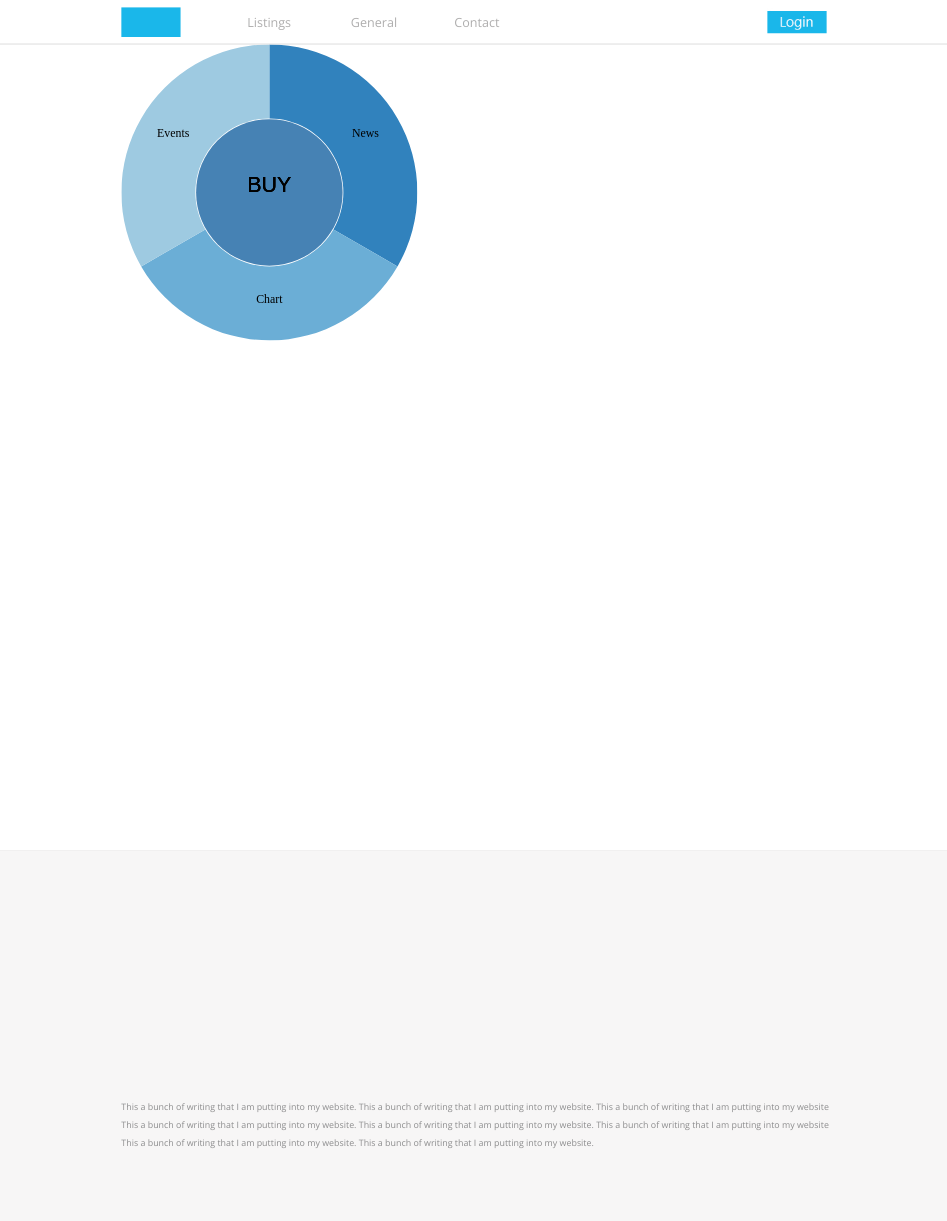
Repository: BlueSurfRhino/mean-stock
Page: views/walmart.html
The author's editor kept a record of every edit. The page is drawn from the files as they stood at one moment, then again after the next edit.
The browser window is 1280 px wide. The pictures show the whole page, at 74% of full size.
Some web fonts or font styles are not loaded; a fallback is used. Some web libraries are served in a nearby version.

Above is the page before.

### views/walmart.html
<!doctype html>
<html>
<head>
<link rel="stylesheet" type="text/css" href="css/stylewalmart.css">
<link rel="stylesheet" type="text/css" href="css/dc.css">
<link href='http://fonts.googleapis.com/css?family=Open+Sans' rel='stylesheet' type='text/css'>
<link href='http://fonts.googleapis.com/css?family=PT+Sans+Caption' rel='stylesheet' type='text/css'>
<title>Arch Investing</title>
</head>
<body>
<div class="linefoot">
</div>
<div class="linefooter">
</div>
<div class="line">
</div>
<div id="wrapper">
<div class="boxhead">
<div class="images">
  <a href="#">
    <img src="/img/login.jpg" alt="Clickable" />
  </a>
</div>
	<h2>
		<a href="index.html" style="margin-left:170px; float: left; width: 90px; margin-top: -42px; z-index: 1;"><span id="otherPage">Listings</span></a>
	</h2>
	<h2>
		<a href="myLink" style="margin-left: 310px; float: left; width: 60px; margin-top: -42px; z-index: 1;"><span id="otherPage1">General</span></a>
	</h2>
	<h2>
		<a href="myLink" style="margin-left: 450px; float: left; width: 60px; margin-top: -42px; z-index: 1;"><span id="otherPage2">Contact</span></a>
	</h2>
	<a href="index.html">
	<img src="/img/logo.png" alt="Mountain View" style=" float: left; margin-left: 0px; margin-top: -50px; z-index: 1;" alt="Clickable" />
	 </a>
</div>

</div>

<div id="wrapper">

<!--
Put What you want to add into this space. If you want me to position it please email me and i will. You can just add it in for now.

COMMENTING OUT WALMART HTML

<div class="walmarthomepage">
  <a href="https://www.google.com/finance?q=NYSE%3AWMT&ei=W5NOVOCMG4SnqQHKrIGYAw">
    <img src="/img/walmarthomepage.jpg" alt="Clickable" />
  </a>
</div>
<div class=texting>
<p>Own what you love.</p>
</div>
<input type="button" value="CLICK ME" onclick= "foobar()"/>
<div class=texting2>
<p>Buy the stock that you like!</p>
</div>-->
<div class="line4">
</div>
<div id="navring">
        <script src="https://ajax.googleapis.com/ajax/libs/jquery/1.11.0/jquery.min.js"></script>
        <script src="/js/d3.js"></script>
        <script src="/js/dc.js"></script>
        <script src="/js/dcring.js"></script>
        <script src="/js/jquery.min.js"></script>
</div>

<div id="foobartext"></div>
<div class="bottomtext">
<p>
This a bunch of writing that I am putting into my website. This a bunch of writing that I am putting into my website. This a bunch of writing that I am putting into my website<br />This a bunch of writing that I am putting into my website. This a bunch of writing that I am putting into my website. This a bunch of writing that I am putting into my website <br /> This a bunch of writing that I am putting into my website. This a bunch of writing that I am putting into my website.
</p>
</div>
</div>
<div id="divId1" class="hideDivs">Div 1</div>
<div id="divId2" class="hideDivs">Div 2</div>
<div id="divId3" class="hideDivs">Div 3</div>
</body>

</html>

### client/css/dc.css
div.dc-chart {
    float: left;
}

.dc-chart rect.bar {
    stroke: none;
    cursor: pointer;
}

.dc-chart rect.bar:hover {
    fill-opacity: .5;
}

.dc-chart rect.stack1 {
    stroke: none;
    fill: red;
}

.dc-chart rect.stack2 {
    stroke: none;
    fill: green;
}

.dc-chart rect.deselected {
    stroke: none;
    fill: #ccc;
}

.dc-chart .empty-chart .pie-slice path {
    fill: #FFEEEE;
    cursor: default;
}

.dc-chart .empty-chart .pie-slice {
    cursor: default;
}

.dc-chart .pie-slice {
    fill: white;
    font-size: 12px;
    cursor: pointer;
}

.dc-chart .pie-slice.external{
    fill: black;
}

.dc-chart .pie-slice :hover {
    fill-opacity: .8;
}

.dc-chart .pie-slice.highlight {
    fill-opacity: .8;
}

.dc-chart .selected path {
    stroke-width: 3;
    stroke: #ccc;
    fill-opacity: 1;
}

.dc-chart .deselected path {
    stroke: none;
    fill-opacity: .5;
    fill: #ccc;
}

.dc-chart .axis path, .axis line {
    fill: none;
    stroke: #000;
    shape-rendering: crispEdges;
}

.dc-chart .axis text {
    font: 10px sans-serif;
}

.dc-chart .grid-line {
    fill: none;
    stroke: #ccc;
    opacity: .5;
    shape-rendering: crispEdges;
}

.dc-chart .grid-line line {
    fill: none;
    stroke: #ccc;
    opacity: .5;
    shape-rendering: crispEdges;
}

.dc-chart .brush rect.background {
    z-index: -999;
}

.dc-chart .brush rect.extent {
    fill: steelblue;
    fill-opacity: .125;
}

.dc-chart .brush .resize path {
    fill: #eee;
    stroke: #666;
}

.dc-chart path.line {
    fill: none;
    stroke-width: 1.5px;
}

.dc-chart circle.dot {
    stroke: none;
}

.dc-chart g.dc-tooltip path {
    fill: none;
    stroke: grey;
    stroke-opacity: .8;
}

.dc-chart path.area {
    fill-opacity: .3;
    stroke: none;
}

.dc-chart .node {
    font-size: 0.7em;
    cursor: pointer;
}

.dc-chart .node :hover {
    fill-opacity: .8;
}

.dc-chart .selected circle {
    stroke-width: 3;
    stroke: #ccc;
    fill-opacity: 1;
}

.dc-chart .deselected circle {
    stroke: none;
    fill-opacity: .5;
    fill: #ccc;
}

.dc-chart .bubble {
    stroke: none;
    fill-opacity: 0.6;
}

.dc-data-count {
    float: right;
    margin-top: 15px;
    margin-right: 15px;
}

.dc-data-count .filter-count {
    color: #3182bd;
    font-weight: bold;
}

.dc-data-count .total-count {
    color: #3182bd;
    font-weight: bold;
}

.dc-data-table {
}

.dc-chart g.state {
    cursor: pointer;
}

.dc-chart g.state :hover {
    fill-opacity: .8;
}

.dc-chart g.state path {
    stroke: white;
}

.dc-chart g.selected path {
}

.dc-chart g.deselected path {
    fill: grey;
}

.dc-chart g.selected text {
}

.dc-chart g.deselected text {
    display: none;
}

.dc-chart g.county path {
    stroke: white;
    fill: none;
}

.dc-chart g.debug rect {
    fill: blue;
    fill-opacity: .2;
}

.dc-chart g.row rect {
    fill-opacity: 0.8;
    cursor: pointer;
}

.dc-chart g.row rect:hover {
    fill-opacity: 0.6;
}

.dc-chart g.row text {
    fill: white;
    font-size: 12px;
    cursor: pointer;
}

.dc-legend {
    font-size: 11px;
}

.dc-legend-item {
    cursor: pointer;
}

.dc-chart g.axis text {
    /* Makes it so the user can't accidentally click and select text that is meant as a label only */
    -webkit-user-select: none; /* Chrome/Safari */
    -moz-user-select: none; /* Firefox */
    -ms-user-select: none; /* IE10 */
    -o-user-select: none;
    user-select: none;
    pointer-events: none;
}

.dc-chart path.highlight {
    stroke-width: 3;
    fill-opacity: 1;
    stroke-opacity: 1;
}

.dc-chart .highlight {
    fill-opacity: 1;
    stroke-opacity: 1;
}

.dc-chart .fadeout {
    fill-opacity: 0.2;
    stroke-opacity: 0.2;
}

.dc-chart path.dc-symbol, g.dc-legend-item.fadeout {
    fill-opacity: 0.5;
    stroke-opacity: 0.5;
}

.dc-hard .number-display {
    float: none;
}

.dc-chart .box text {
    font: 10px sans-serif;
    -webkit-user-select: none; /* Chrome/Safari */
    -moz-user-select: none; /* Firefox */
    -ms-user-select: none; /* IE10 */
    -o-user-select: none;
    user-select: none;
    pointer-events: none;
}

.dc-chart .box line,
.dc-chart .box circle {
    fill: #fff;
    stroke: #000;
    stroke-width: 1.5px;
}

.dc-chart .box rect {
    stroke: #000;
    stroke-width: 1.5px;
}

.dc-chart .box .center {
    stroke-dasharray: 3,3;
}

.dc-chart .box .outlier {
    fill: none;
    stroke: #ccc;
}

.dc-chart .box.deselected .box {
    fill: #ccc;
}

.dc-chart .box.deselected {
    opacity: .5;
}

.dc-chart .symbol{
    stroke: none;
}

.dc-chart .heatmap .box-group.deselected rect {
    stroke: none;
    fill-opacity: .5;
    fill: #ccc;
}

.dc-chart .heatmap g.axis text {
    pointer-events: all;
    cursor: pointer;
}

### client/js/dcring.js
// Events
window.onload = function() {
    dcjsdemo();
}; //Render chart first thing

// Globals
var dcReset; //Connect to "Reset" button with onclick="dcReset()" call

function foobar() {
    d3.select('#foobartext').append("p").text("FOO!!!");
}

function dcjsdemo() {

    // Debug output routine from Data Visualization with D3.js Cookbook
    function printFilter(filter) {
        var f = eval(filter);
        if (typeof(f.length) != "undefined") {}
        else {}
        if (typeof(f.top) != "undefined") {
            f = f.top(Infinity);
        }
        else {}
        if (typeof(f.dimension) != "undefined") {
            f = f.dimension(function(d) {
                return "";
            }).top(Infinity);
        }
        else {}
        console.log(filter + "(" + f.length + ") = " + JSON.stringify(f).replace("[", "[\n\t").replace(/}\,/g, "},\n\t").replace("]", "\n]"));
    }

    // Make things pretty
    var format = d3.format(",");
    var timeFormat = d3.time.format.iso;

    // load csv file that contains the data
    // pathing asssume things are run from public
    // for where files are located

    // pretty colors, no thoughtful assignment
    var chartcolors = d3.scale.category20b();


    var w = 400;
    var h = 400;
    var r = h / 2;


    var color = d3.scale.category20c();

    var data = [{
        "label": "News",
        "value": 30
    }, {
        "label": "Chart",
        "value": 30
    }, {
        "label": "Events",
        "value": 30
    }];

    var bigbuy = [{
        "label": "BUY!",
        "value": 1
    }];


    var vis = d3.select('#navring').append("svg:svg").data([data]).attr("width", w).attr("height", h).append("svg:g").attr("transform", "translate(" + r + "," + r + ")");
    var pie = d3.layout.pie().value(function(d) {
        return d.value;
    });

    // declare an arc generator function
    var arc = d3.svg.arc().outerRadius(r);


    // select paths, use arc generator to draw
    var arcs = vis.selectAll("g.slice").data(pie).enter().append("svg:g").attr("class", "slice");
    arcs.append("svg:path")
        .attr("fill", function(d, i) {
            return color(i);
        })
        /*    .attr("d", function (d) {
                // log the result of the arc generator to show how cool it is :)
                console.log(arc(d));
                return arc(d);*/
        .attr("d", function(d, i, j) {
            return arc.innerRadius(100 + r * j).outerRadius(r * (j + 1))(d);
        });

    // add the text
    arcs.append("svg:text").attr("transform", function(d) {
        d.innerRadius = 0;
        d.outerRadius = r;
        return "translate(" + arc.centroid(d) + ")";
    }).attr("text-anchor", "middle").text(function(d, i) {
        return data[i].label;
    });


    var circle = vis.append("circle")
        .attr("cx", 0)
        .attr("cy", 0)
        .attr("r", 99)
        .attr("data-id", "divId1")
        .style("fill", "steelblue")
        .on("click", function(d) {
            var hello = $(this).attr('data-id');
            $('.hideDivs').hide();
            $('#' + hello).show();
        })
        .on("mouseover", function() {
            d3.select(this)
                .style("fill", "orange");

        });



    var circletxt = vis.selectAll("text")
        .data("bigbuy")
        .enter()
        .append("text")
        .text("BUY")
        .attr("font-family", "sans-serif")
        .attr("font-size", "29px")
        .attr("fill", "Black")
        .attr("text-anchor", "middle");


}

Loaded but not shown: client/js/d3.js (library); client/js/dc.js (library); client/js/jquery.min.js (library); client/css/stylewalmart.css (652 lines, source omitted)

After the next edit:
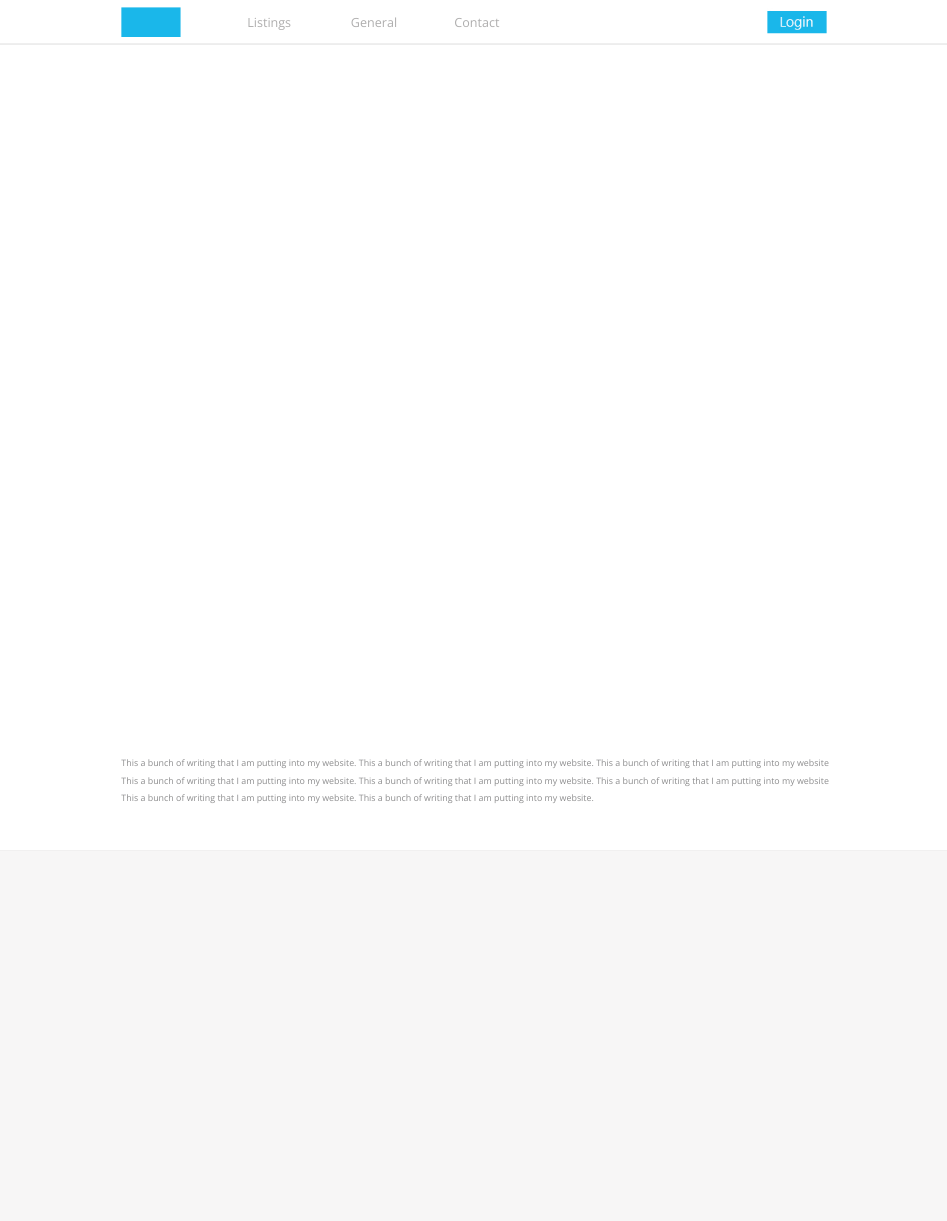
Console error: SyntaxError: Unexpected token '.'
The edit:
--- a/client/js/dcring.js
+++ b/client/js/dcring.js
@@ -115,6 +115,11 @@
                 .style("fill", "orange");
 
         });
+        .on("mouseout", function() {
+            d3.select(this)
+                .style("fill", "orange");
+
+        });
 
 
 

After the 2 edits that followed:
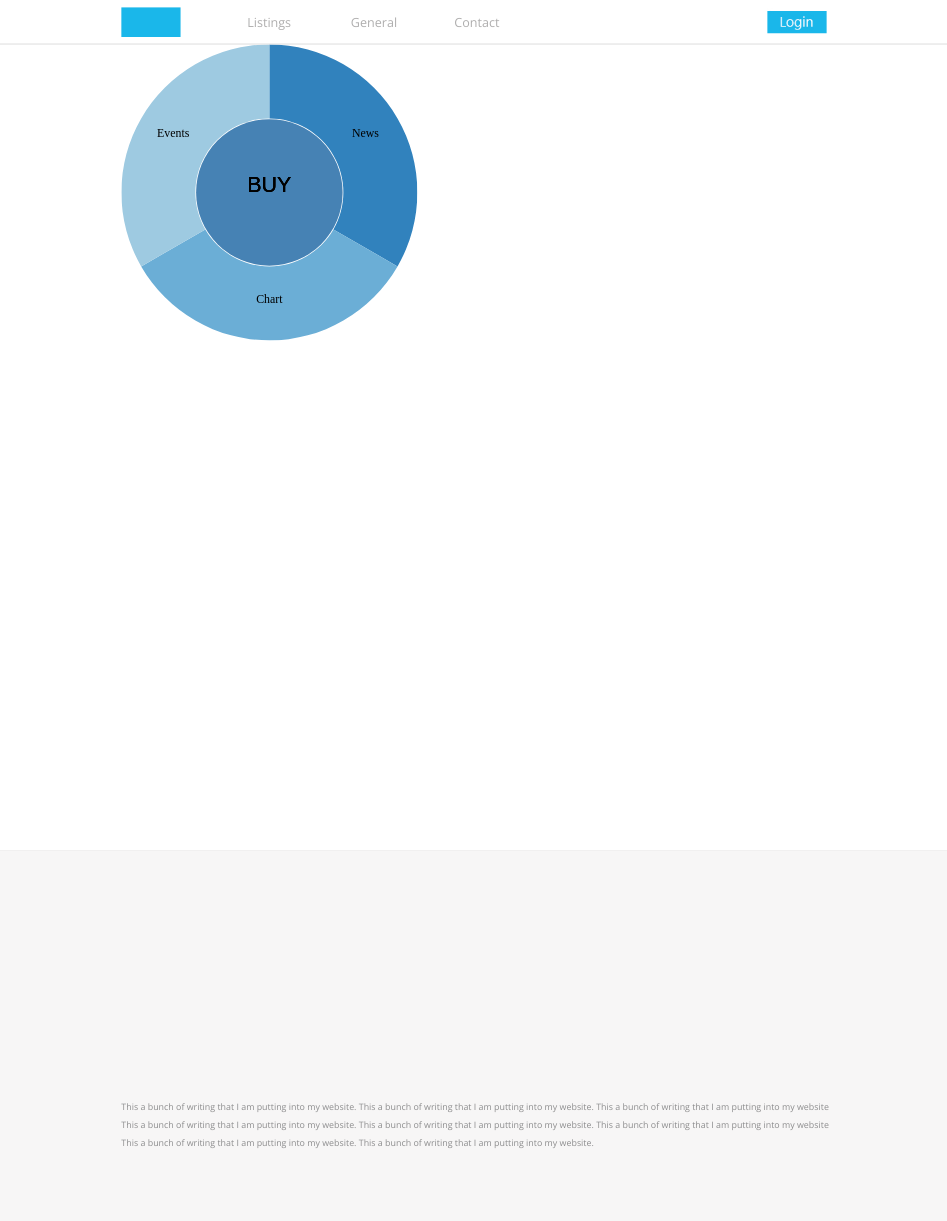
The error is gone.
The 2 edits are shown as one change because 1 left the picture as it was.
The edit:
--- a/client/js/dcring.js
+++ b/client/js/dcring.js
@@ -114,10 +114,10 @@
             d3.select(this)
                 .style("fill", "orange");
 
-        });
+        })
         .on("mouseout", function() {
             d3.select(this)
-                .style("fill", "orange");
+                .style("fill", "steelblue");
 
         });
 
